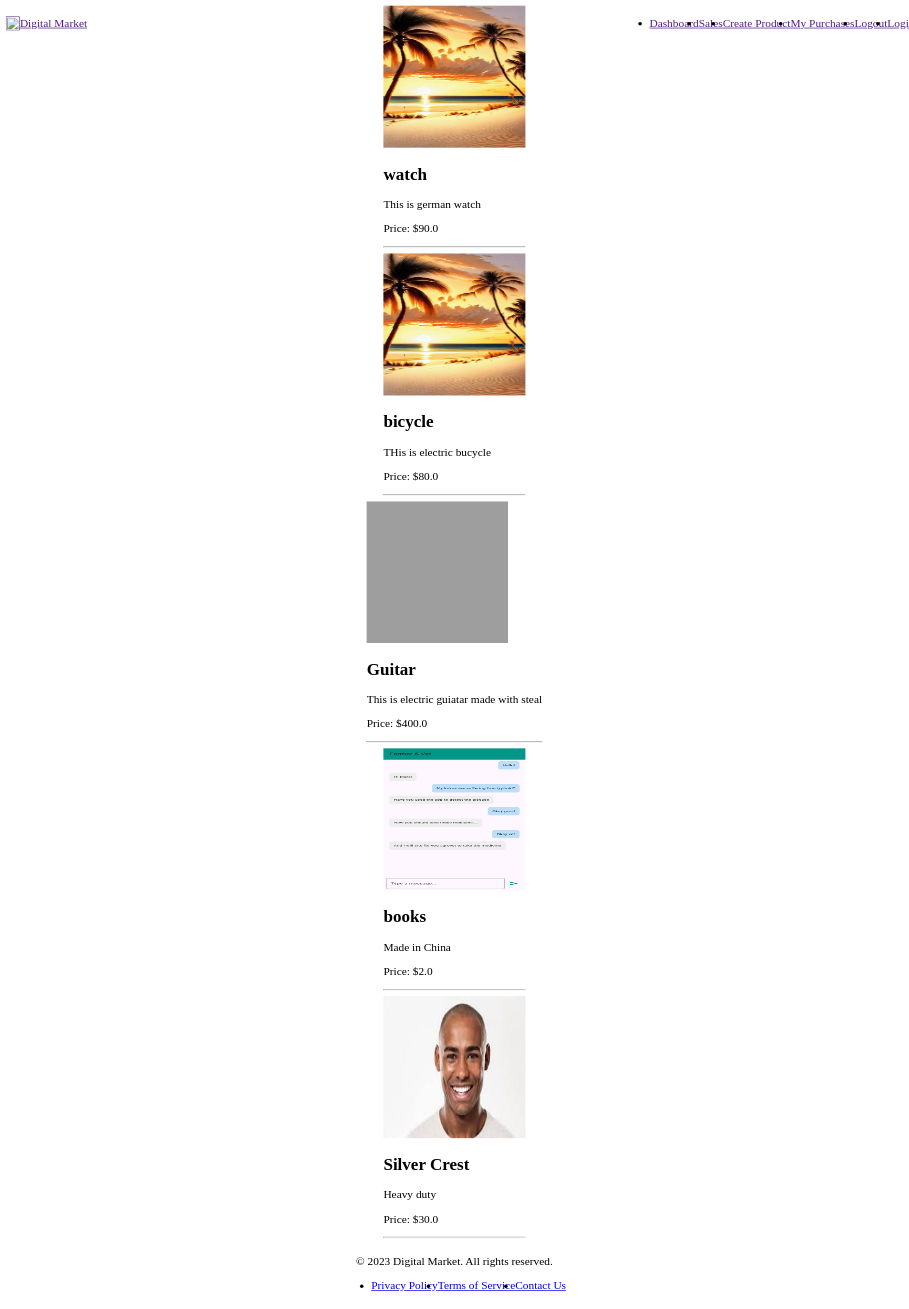
Repository: Zedestar/DigitalMarket_django
Page: http://localhost/
These files come from the project's save history. The page is drawn as it stood at one moment and after the next save; the edit follows.
The browser window is 1280 px wide. The pictures show the whole page, at 71% of full size.
Pictures or frames that could not be fetched are drawn as grey boxes. The page is served by the project's application, run on Django 5.2 (manage.py). Style sheets and scripts are compiled from the project's sources, by tool versions that may differ from the author's. The page reads the database file committed with the project.

Above is the page before, as saved 2025-03-19 18:31:10.

After the next save:
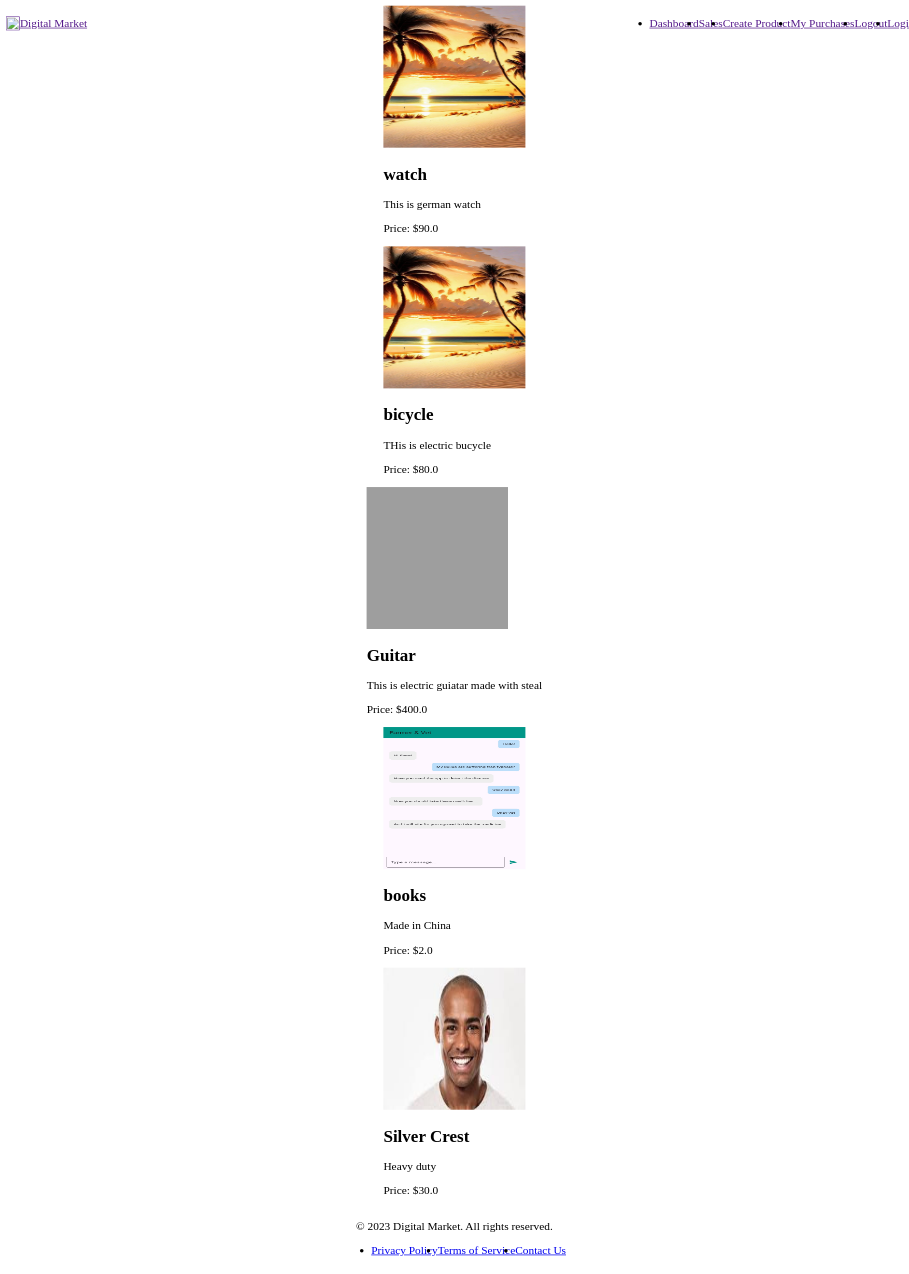
Saved 64 s later.
--- a/myapp/templates/myapp/index.html
+++ b/myapp/templates/myapp/index.html
@@ -9,10 +9,11 @@
                          width="200px"
                          height="200px">
                 </div>
-                <h2 class="font-bold">{{ product.name }}</h2>
-                <p>{{ product.description }}</p>
-                <p>Price: ${{ product.price }}</p>
-                <hr>
+                <div>
+                    <h2 class="font-bold">{{ product.name }}</h2>
+                    <p>{{ product.description }}</p>
+                    <p>Price: ${{ product.price }}</p>
+                </div>
             </div>
         {% endfor %}
     </div>
